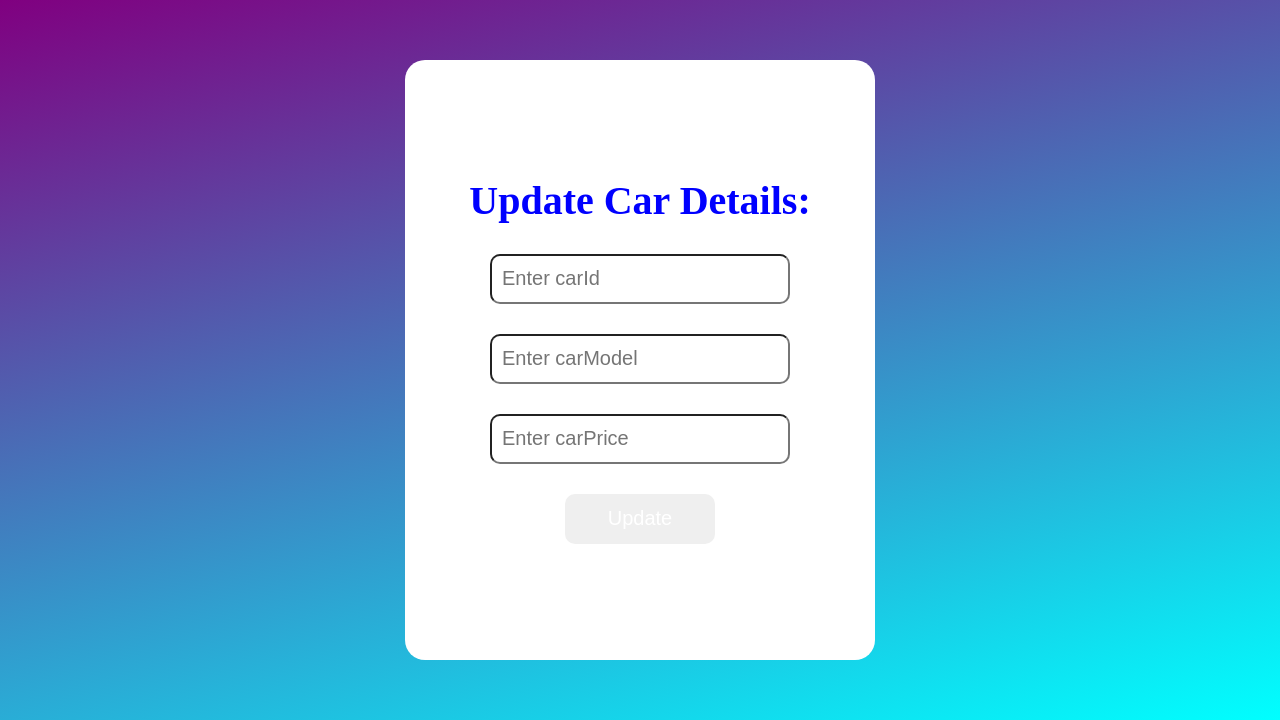
Repository: Dhirajkumar02/Advance-Java--J2EE-
Page: ServletProjecct_CarDB/src/main/webapp/UpdateCar.html
These files come from the project's save history. The page is drawn as it stood at one moment and after the next save; the edit follows.
The browser window is 1280 px wide. The pictures show the whole page.

Above is the page before, as saved 2024-11-14 19:33:45.

### ServletProjecct_CarDB/src/main/webapp/UpdateCar.html
<!DOCTYPE html>
<html>
<head>
<meta charset="UTF-8">
<title>Insert title here</title>

<style>
*{
box-sizing: border-box;
margin: 0;
padding: 0;
}
body{
height: 100vh;
display: flex;
justify-content: center;
align-items: center;
background: linear-gradient(165deg, purple, aqua);
}
form {
/*   border: 2px solid black; */
  background: #fff;
  height: 600px;
  width: 470px;
  display: flex;
  justify-content: center;
  align-items: center;
  flex-direction: column;
  gap: 30px;
  border-radius: 20px;
}

h1 {
  font-size: 40px;
  color: blue;
}
input {
  height: 50px;
  width: 300px;
  padding-left: 10px;
  font-size: 20px;
  border-radius: 10px;
}
#reset_btn {
  height: 50px;
  width: 150px;
  background-color: light-green;
  color: #fff;
  border: none;
  font-size: 20px;
  border-radius: 10px;
  cursor: pointer;
}
</style>
</head>
<body>

<form action="update-car">
<div>
<h1>Update Car Details:</h1>
</div>

<div>
<input type="number" placeholder="Enter carId" name="carId" >
</div>

<div>
<input type="text" placeholder="Enter carModel" name="carModel">
</div>

<div>
<input type="number" placeholder="Enter carPrice" name="carPrice">
</div>

<div>
<button type="reset" id="reset_btn" value="Update">Update</button>
</div>

</form>
</body>
</html>

After the next save:
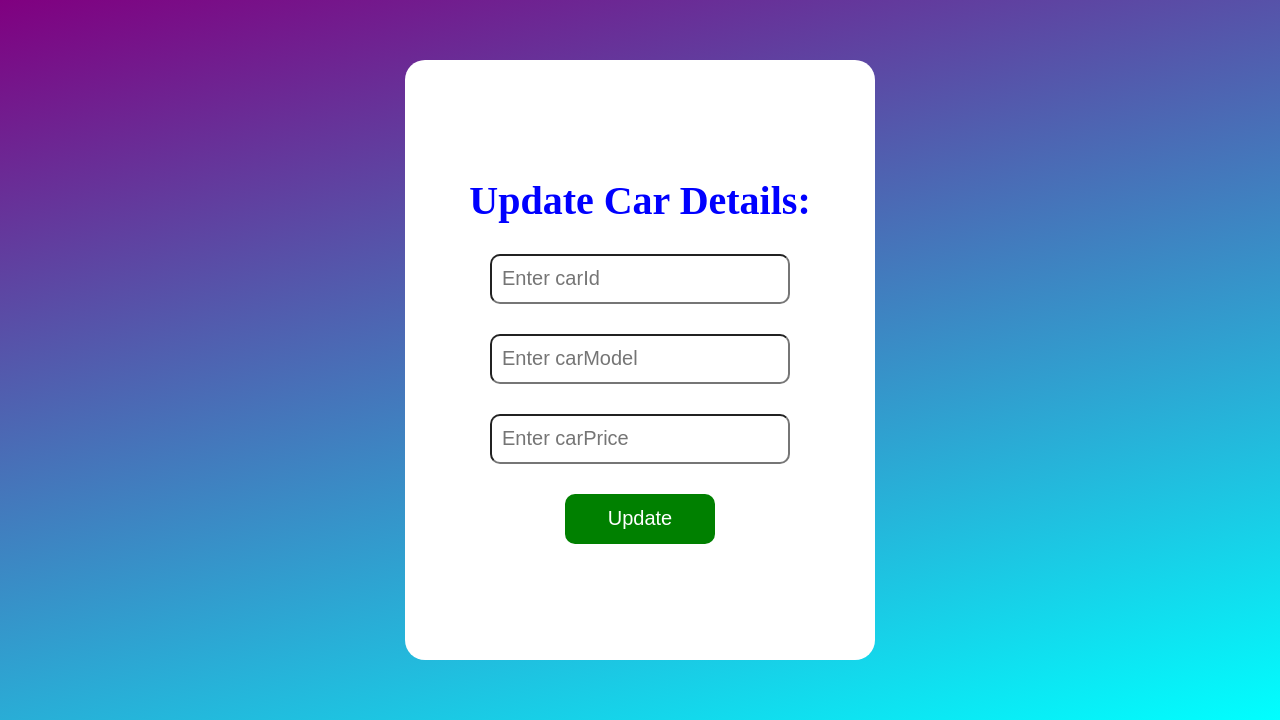
Saved 9 s later.
--- a/ServletProjecct_CarDB/src/main/webapp/UpdateCar.html
+++ b/ServletProjecct_CarDB/src/main/webapp/UpdateCar.html
@@ -44,7 +44,7 @@ input {
 #reset_btn {
   height: 50px;
   width: 150px;
-  background-color: light-green;
+  background-color: green;
   color: #fff;
   border: none;
   font-size: 20px;
